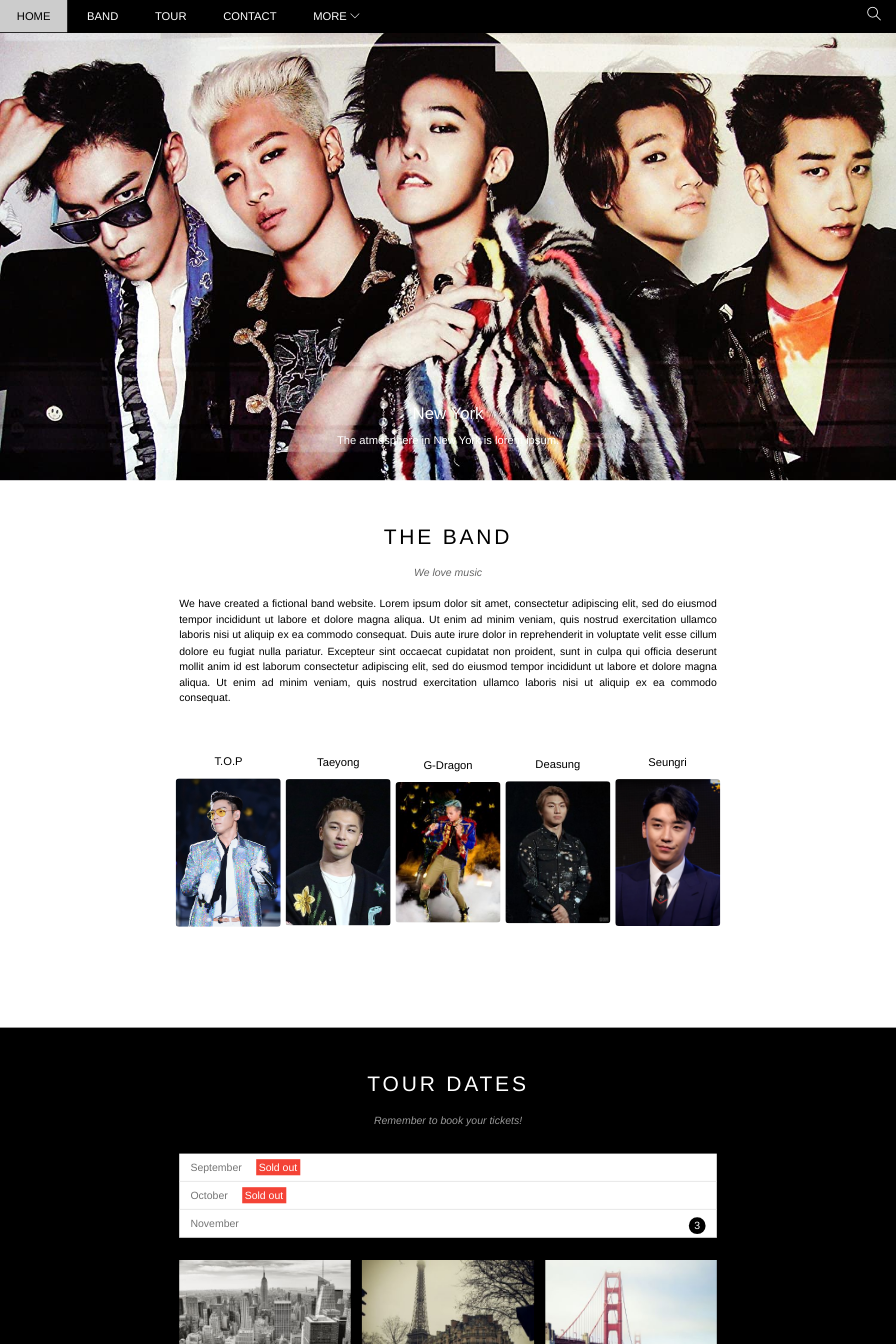
Repository: ThinhTran2k/BigBang-Band-Website
Page: index.html
The author's editor kept a copy of each file at every save. The page is drawn from the files as they stood at one save, then again after a run of saves.
The browser window is 1280 px wide. The pictures show the part of the page from y = 0 to 1920 px (the page is 3645 px tall), at 70% of full size.

Above is the page before, as saved 2021-03-16 19:02:56.
Console error: TypeError: Cannot set properties of undefined (setting 'onclick')

After the next 2 saves:
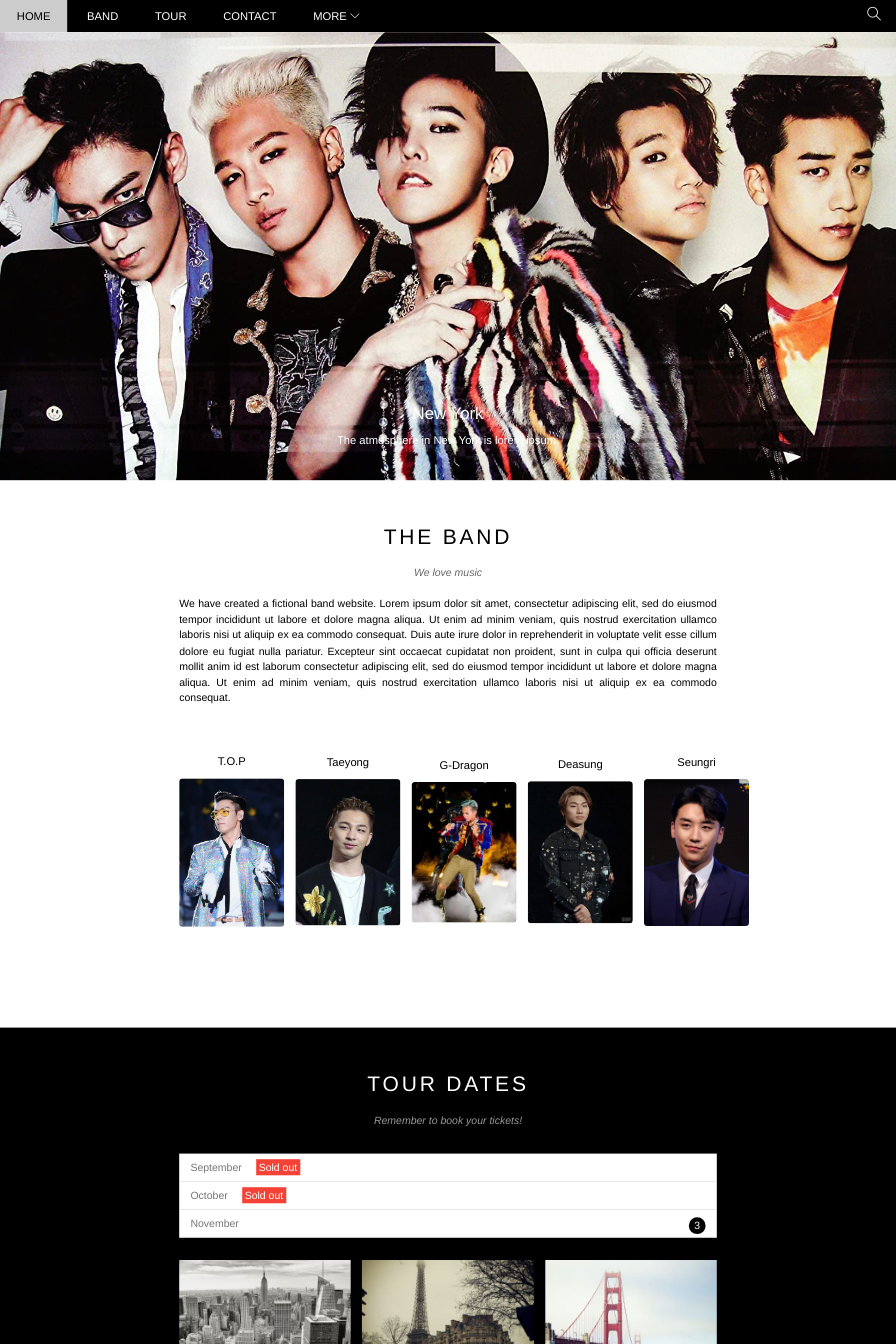
The 2 saves are shown as one change because they came seconds apart.
The last was saved 6 s later.
--- a/asset/css/style.css
+++ b/asset/css/style.css
@@ -200,7 +200,7 @@
     align-items: center;
     justify-content: center;
     width: 20%;
-    ma
+    margin: 0 8px;
 }
 .member-item .member-name {
     margin-bottom: 15px;

After the save that followed:
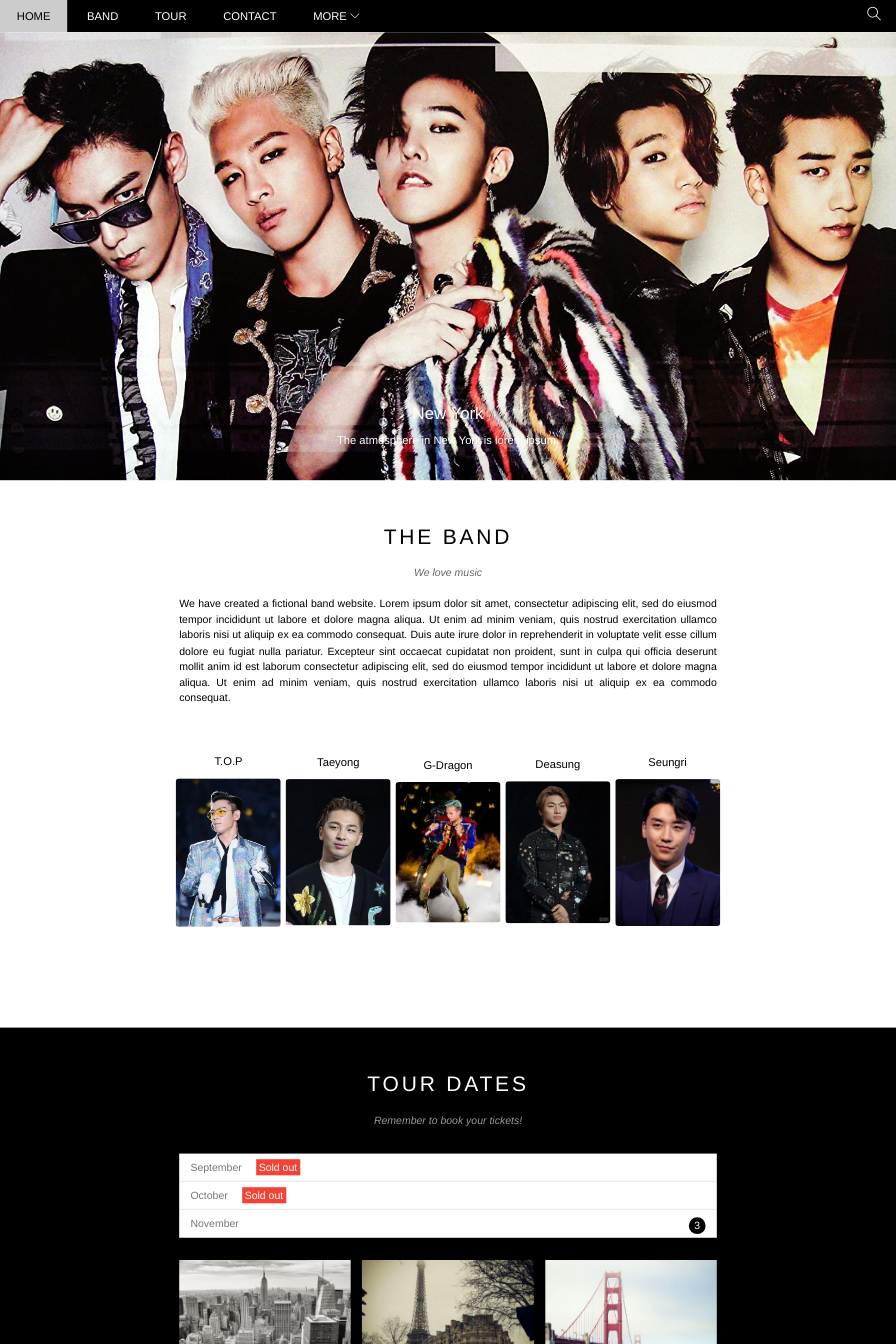
Saved 25 s later.
--- a/asset/css/style.css
+++ b/asset/css/style.css
@@ -200,7 +200,7 @@
     align-items: center;
     justify-content: center;
     width: 20%;
-    margin: 0 8px;
+    pad
 }
 .member-item .member-name {
     margin-bottom: 15px;
